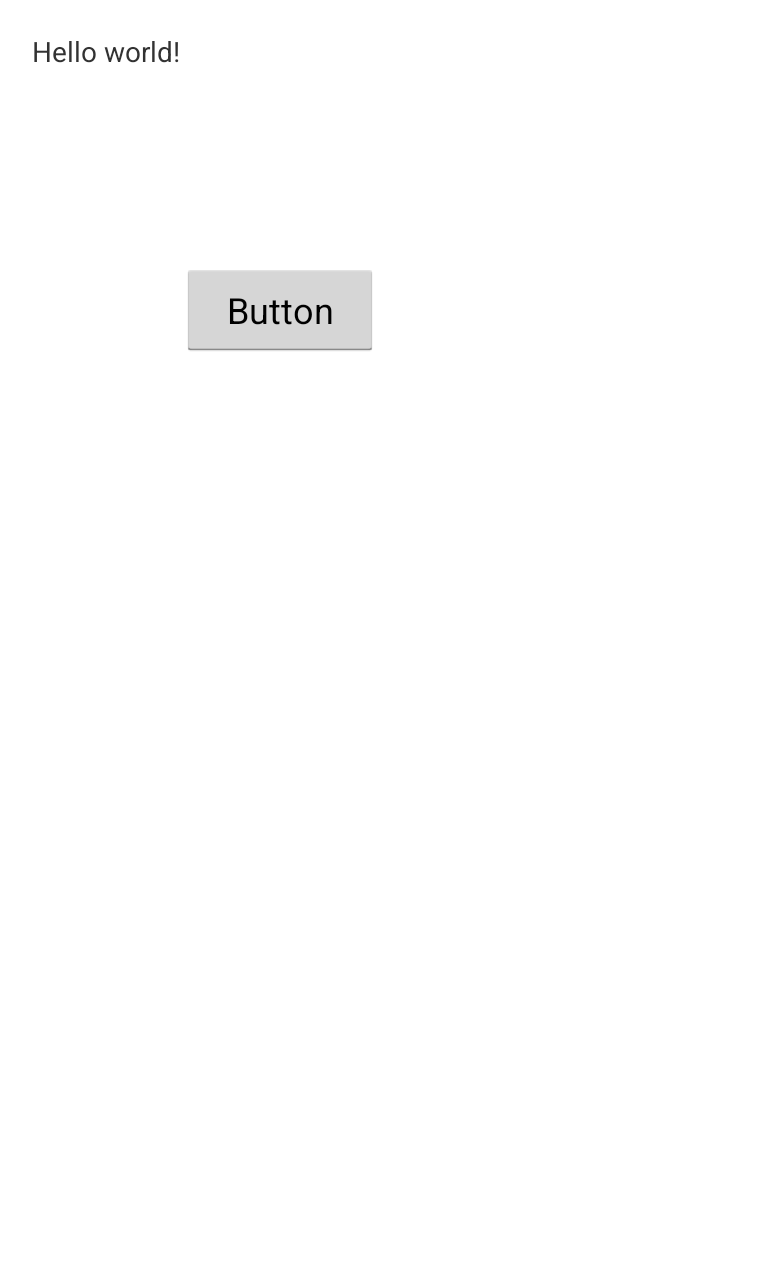
Repository: jgminer/481
Layout: eclipse/test/res/layout/activity_main.xml
An editor plug-in stored every save of this project. The layout is shown before and after the next save, followed by the edit.
It is drawn on a 768 x 1280 px phone screen (xhdpi) without system bars, with theme AppTheme; the app's code is not run.

Above is the layout before, as saved 2014-01-24 20:19:56.

After the next save:
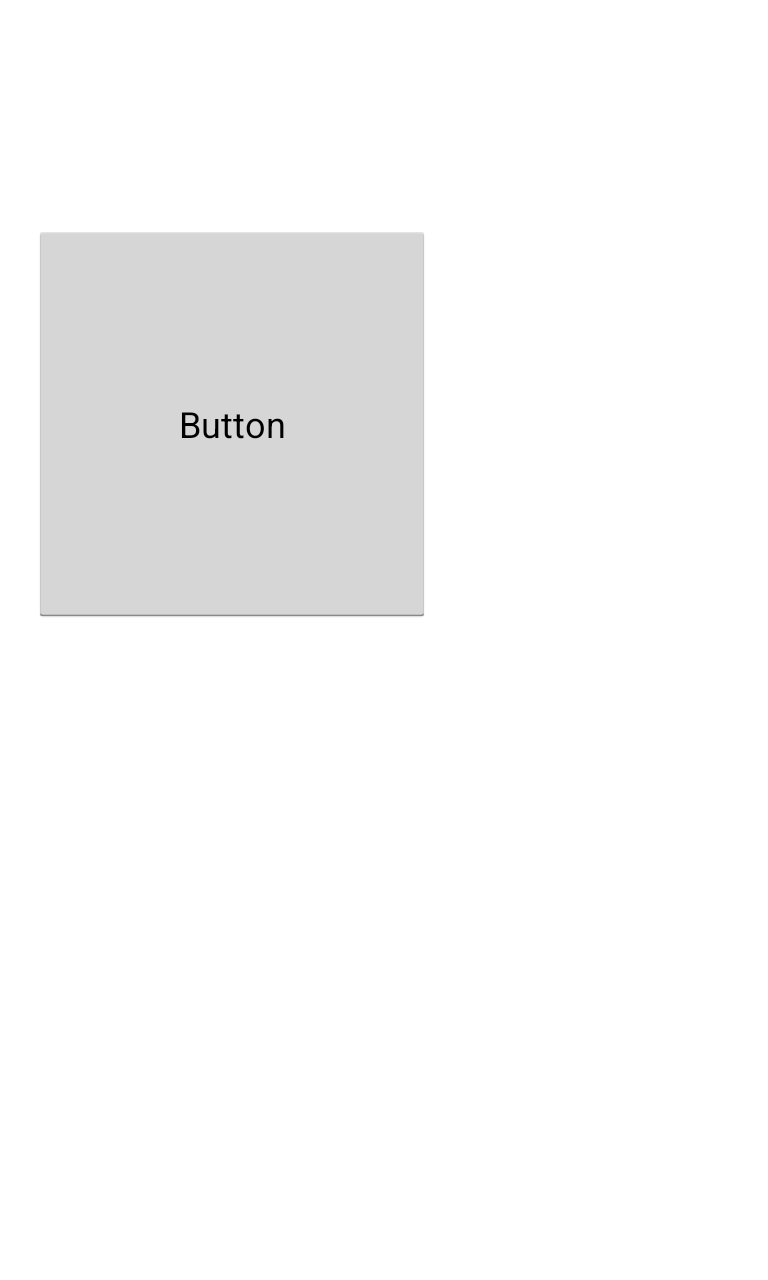
Saved 8 s later.
--- a/eclipse/test/res/layout/activity_main.xml
+++ b/eclipse/test/res/layout/activity_main.xml
@@ -8,19 +8,11 @@
     android:paddingTop="@dimen/activity_vertical_margin"
     tools:context=".MainActivity" >
 
-    <TextView
-        android:id="@+id/textView1"
-        android:layout_width="wrap_content"
-        android:layout_height="wrap_content"
-        android:text="@string/hello_world" />
-
     <Button
         android:id="@+id/button1"
-        android:layout_width="200px"
-        android:layout_height="wrap_content"
-        android:layout_below="@+id/textView1"
+        android:layout_width="200dp"
+        android:layout_height="200dp"
         android:layout_marginTop="96dp"
-        android:layout_toRightOf="@+id/textView1"
         android:text="Button" />
 
 </RelativeLayout>
